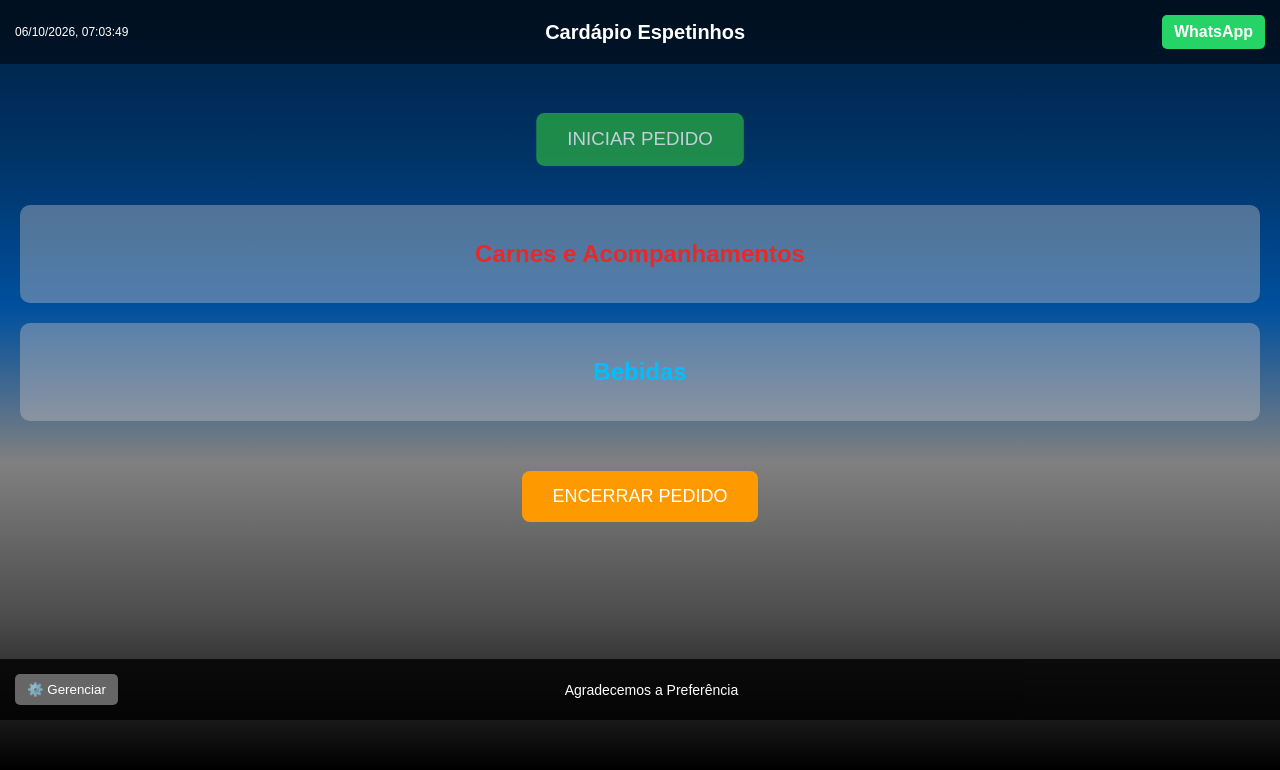
Repository: JeffRodFer/skewersOrder
Page: frontend/index.html
An editor plug-in stored every save of this project. The page is shown before and after the next save, followed by the edit.
The browser window is 1280 px wide. The pictures show the whole page.
The page's requests for data from a server got no answer.

Above is the page before, as saved 2026-10-18 08:35:50.

### frontend/index.html
<!DOCTYPE html>
<html lang="pt-BR">

<head>
  <meta charset="UTF-8">
  <meta name="viewport" content="width=device-width, initial-scale=1.0">
  <title>Cardápio de Espetinhos</title>
  <!-- Aqui conectamos o arquivo de estilos -->
  <link rel="stylesheet" href="style.css">
</head>

<body>

  <!-- Cabeçalho -->
  <header>
    <div class="relogio" id="relogio">
      00/00/0000 00:00:00
    </div>
    <div class="logo-titulo">Cardápio Espetinhos</div>
    <a href="https://wa.me/5581920036280" class="btn-whatsapp" target="_blank">WhatsApp</a>
  </header>

  <!-- Área de Iniciar Pedido -->
  <div class="area-iniciar">
    <button class="btn-iniciar" onclick="abrirModalCadastro()">
      INICIAR PEDIDO
    </button>
  </div>

  <!-- Lista de Comidas -->
  <div class="secao-produtos">
    <h2 class="titulo-carnes">Carnes e Acompanhamentos</h2>
    <div id="lista-carnes"></div> <!-- A MUDANÇA FOI FEITA AQUI -->
  </div>

  <!-- Lista de Bebidas -->
  <div class="secao-produtos">
    <h2 class="titulo-bebidas">Bebidas</h2>
    <div id="lista-bebidas"></div>
  </div>

  <!-- Área de Encerrar Pedido -->
  <div class="area-iniciar">
    <button class="btn-iniciar" style="animation: none; background: #ff9900;" onclick="abrirResumo()">
      ENCERRAR PEDIDO
    </button>
  </div>

  <!-- Rodapé -->
  <footer>
    <button class="btn-gerenciar" onclick="abrirModalAdmin()">
      ⚙️ Gerenciar
    </button>
    <div class="msg-agradecimento">Agradecemos a Preferência</div>
    <div style="width: 80px;"></div>
  </footer>

  <!-- MODAL 1: Cadastro do Cliente -->
  <div id="modalCadastro" class="modal">
    <div class="modal-conteudo">
      <h3>Identificação</h3>

      <div class="form-group">
        <label>Nome:</label>
        <input type="text" id="cli-nome" placeholder="Seu nome">
      </div>

      <div class="form-group">
        <label>Telefone:</label>
        <input type="tel" id="cli-telefone" placeholder="(81) 90000-0000">
      </div>

      <div class="form-group">
        <label>Retirada ou Entrega?</label>
        <select id="cli-tipo" onchange="verificarEntrega()">
          <option value="retirar">Vou retirar no local</option>
          <option value="entregar">Quero entrega (Terá taxa)</option>
        </select>
      </div>

      <div class="form-group" id="div-endereco" style="display:none;">
        <label>Endereço Completo:</label>
        <input type="text" id="cli-endereco" placeholder="Rua, Número, Bairro">
      </div>

      <!-- NOVA ÁREA DE BOTÕES -->
      <button type="button" class="btn-acao" onclick="fecharModalCadastro()"
        style="flex: 1; background-color: #666666;">
        Voltar
      </button>

      <button class="btn-acao" onclick="salvarCadastro()" style="flex: 2;">
        Confirmar
      </button>
    </div>

  </div> <!-- Fecha a modal-conteudo -->
  </div> <!-- Fecha a modalCadastro -->

  <!-- MODAL 2: Resumo do Pedido -->
  <div id="modalResumo" class="modal">
    <div class="modal-conteudo">
      <h3>Resumo do Pedido</h3>
      <div id="conteudo-resumo" style="font-size: 14px; margin-bottom: 20px;">
      </div>

      <!-- INÍCIO DAS NOVAS OPÇÕES DE FAROFA, VINAGRETE E OBS -->

      <!-- Opção de Farofa -->
      <div class="form-group">
        <label>Incluir Farofa?</label>
        <div style="display: flex; gap: 15px; margin-top: 5px;">
          <label><input type="radio" name="farofa" value="Sim" checked> Sim</label>
          <label><input type="radio" name="farofa" value="Não"> Não</label>
        </div>
      </div>

      <!-- Opção de Vinagrete -->
      <div class="form-group">
        <label>Incluir Vinagrete?</label>
        <div style="display: flex; gap: 15px; margin-top: 5px;">
          <label><input type="radio" name="vinagrete" value="Sim" checked> Sim</label>
          <label><input type="radio" name="vinagrete" value="Não"> Não</label>
        </div>
      </div>

      <!-- Campo de Observações -->
      <div class="form-group">
        <label>Observações do Pedido:</label>
        <textarea id="obs-pedido" rows="3" maxlength="120" placeholder="Ex: Bem passado, deixar na portaria..."
          style="width: 100%; border-radius: 5px; padding: 8px;"></textarea>
        <div id="contador-obs">0/120 caracteres</div>
      </div>

      <!-- FIM DAS NOVAS OPÇÕES -->

      <h3 id="valor-total">Total: R$ 0,00</h3>
      <button class="btn-acao btn-whatsapp" onclick="enviarPedidoWhatsApp()">
        Enviar Pedido (WhatsApp)
      </button>
      <button class="btn-acao btn-fechar" onclick="fecharModal('modalResumo')">
        Voltar e Escolher Mais
      </button>
    </div>
  </div>

  <!-- MODAL 3: Login Admin (Gerenciar) -->
  <div id="modalAdmin" class="modal">
    <div class="modal-conteudo">
      <h3>Área Restrita (Gerenciar)</h3>
      <div class="form-group">
        <label>Usuário:</label>
        <input type="text" id="admin-user">
      </div>
      <div class="form-group">
        <label>Senha:</label>
        <input type="password" id="admin-pass">
      </div>
      <button type="button" class="btn-acao" onclick="loginAdmin(event)">Entrar</button>
      <button type="button" class="btn-acao btn-fechar" onclick="fecharModal('modalAdmin')">
        Cancelar
      </button>
    </div>
  </div>


  <!-- ========================================== -->
  <!-- PAINEL DE ADMINISTRAÇÃO (Oculto por padrão)-->
  <!-- ========================================== -->
  <div id="painel-admin" style="display: none; padding: 20px; min-height: 100vh;">
    <div
      style="display: flex; justify-content: space-between; align-items: center; border-bottom: 2px solid white; padding-bottom: 10px; margin-bottom: 20px;">
      <h2 style="color: white; margin: 0;">⚙️ Gestão do Cardápio</h2>
      <button class="btn-acao btn-fechar" onclick="fecharPainelAdmin()" style="width: auto; padding: 10px 20px;">
        Sair
      </button>
    </div>

    <p style="color: #ccc;">Clique no botão para Ativar ou Desativar os produtos na loja.</p>

    <!-- Aqui o JavaScript vai injetar a lista completa de produtos -->
    <div id="lista-admin"></div>
  </div>

  <!-- Aqui conectamos o arquivo de lógica e ações -->
  <script src="script.js"></script>
</body>

</html>

### frontend/style.css
/* Gradiente de fundo geral */
body {
    background: linear-gradient(180deg,
            #001f3f 0%, #003366 20%, #00509e 40%,
            #808080 60%, #4d4d4d 80%, #000000 100%);
    margin: 0;
    font-family: Arial, sans-serif;
    color: #ffffff;
    min-height: 100vh;
    padding-bottom: 50px;
}

/* Cabeçalho */
header {
    display: flex;
    justify-content: space-between;
    align-items: center;
    padding: 15px;
    background-color: rgba(0, 0, 0, 0.5);
    position: sticky;
    top: 0;
    z-index: 100;

    /* ADICIONA ESTAS DUAS LINHAS: */
    flex-wrap: wrap;
    /* Permite que os elementos desçam de linha se faltar espaço */
    gap: 15px;
    /* Garante um espaço de 15px entre elementos, mesmo que desçam de linha */
}

/* ========================================== */
/* Ajuste Fino para Telemóveis (Opcional mas recomendado) */
/* ========================================== */
@media (max-width: 600px) {
    header {
        /* Num ecrã pequeno, força tudo a ficar no centro, um debaixo do outro */
        flex-direction: column;
        justify-content: center;
        text-align: center;
    }
}

.relogio {
    font-size: 12px;
}

.logo-titulo {
    font-size: 20px;
    font-weight: bold;
    text-align: center;
}

.btn-whatsapp {
    background-color: #25D366;
    color: white;
    padding: 8px 12px;
    text-decoration: none;
    border-radius: 5px;
    font-weight: bold;
}

/* Botão Iniciar Pedido Piscante */
.area-iniciar {
    text-align: center;
    margin: 20px 0;
}

.btn-iniciar {
    background-color: #28a745;
    color: white;
    padding: 15px 30px;
    font-size: 18px;
    border: none;
    border-radius: 8px;
    cursor: pointer;
    animation: piscar 1.5s infinite ease-in-out;
    margin-top: 30px;
    margin-bottom: 20px;
}

@keyframes piscar {
    0% {
        opacity: 1;
        transform: scale(1);
    }

    50% {
        opacity: 0.7;
        transform: scale(1.05);
    }

    100% {
        opacity: 1;
        transform: scale(1);
    }
}

/* 2. Coloca texto de um lado e botões do outro */
.item-lista {
    display: flex;
    justify-content: space-between;
    align-items: center;
    padding: 12px 0;
    border-bottom: 1px solid rgba(255, 255, 255, 0.1);
}

/* Listas de Produtos */
.secao-produtos {
    margin: 20px;
    padding: 15px;
    background: rgba(203, 196, 196, 0.4);
    border-radius: 10px;
}

.titulo-carnes {
    color: #e62a2a;
    text-align: center;
}

.item-carne {
    color: #faf9f8;
}

.titulo-bebidas {
    color: #00bfff;
    text-align: center;
}

.item-bebida {
    color: #ffffff;
}

.produto {
    display: flex;
    justify-content: space-between;
    align-items: center;
    margin-bottom: 10px;
    border-bottom: 1px solid rgba(255, 255, 255, 0.4);
    padding-bottom: 10px;
}

.controles {
    display: flex;
    align-items: center;
    gap: 15px;
}

/* 4. Estilo dos botõezinhos (caso não tenha) */
.controles button {
    width: 35px;
    height: 35px;
    background-color: rgba(255, 255, 255, 0.4);
    color: white;
    border: none;
    border-radius: 5px;
    font-size: 1.2em;
    cursor: pointer;
}

.btn-qtd {
    background: #333;
    color: white;
    border: none;
    padding: 5px 10px;
    border-radius: 5px;
    cursor: pointer;
}

/* Rodapé */
footer {
    display: flex;
    justify-content: space-between;
    align-items: center;
    padding: 15px;
    background-color: rgba(0, 0, 0, 0.8);
    position: fixed;
    bottom: 0;
    width: 100%;
    box-sizing: border-box;
}

.msg-agradecimento {
    flex-grow: 1;
    text-align: center;
    font-size: 14px;
}

.btn-gerenciar {
    background-color: #666666;
    color: white;
    border: none;
    padding: 8px 12px;
    border-radius: 5px;
    cursor: pointer;
    display: flex;
    align-items: center;
    gap: 5px;
}

/* Modais (Janelas Ocultas) */
.modal {
    display: none;
    position: fixed;
    top: 0;
    left: 0;
    width: 100%;
    height: 100%;
    background: rgba(0, 0, 0, 0.9);
    z-index: 200;
    overflow-y: auto;
}

.modal-conteudo {
    background: #222;
    margin: 20px auto;
    padding: 20px;
    width: 90%;
    max-width: 400px;
    border-radius: 10px;
    color: white;
}

.form-group {
    margin-bottom: 15px;
}

.form-group label {
    display: block;
    margin-bottom: 5px;
}

.form-group input,
.form-group select {
    width: 100%;
    padding: 8px;
    box-sizing: border-box;
    border-radius: 5px;
    border: none;
}

.btn-acao {
    background: #007bff;
    color: white;
    border: none;
    padding: 10px;
    width: 100%;
    border-radius: 5px;
    cursor: pointer;
    margin-top: 10px;
}

.btn-fechar {
    background: #dc3545;
    margin-top: 10px;
}

#obs-pedido {
    text-align: left;
    font-family: inherit;
    padding: 10px;
    resize: vertical;
}

#contador-obs {
  font-size: 0.8em;
  color: #666;
  text-align: right;
  margin-top: 5px;
}

Loaded but not shown: frontend/script.js (483 lines, source omitted)

After the next save:
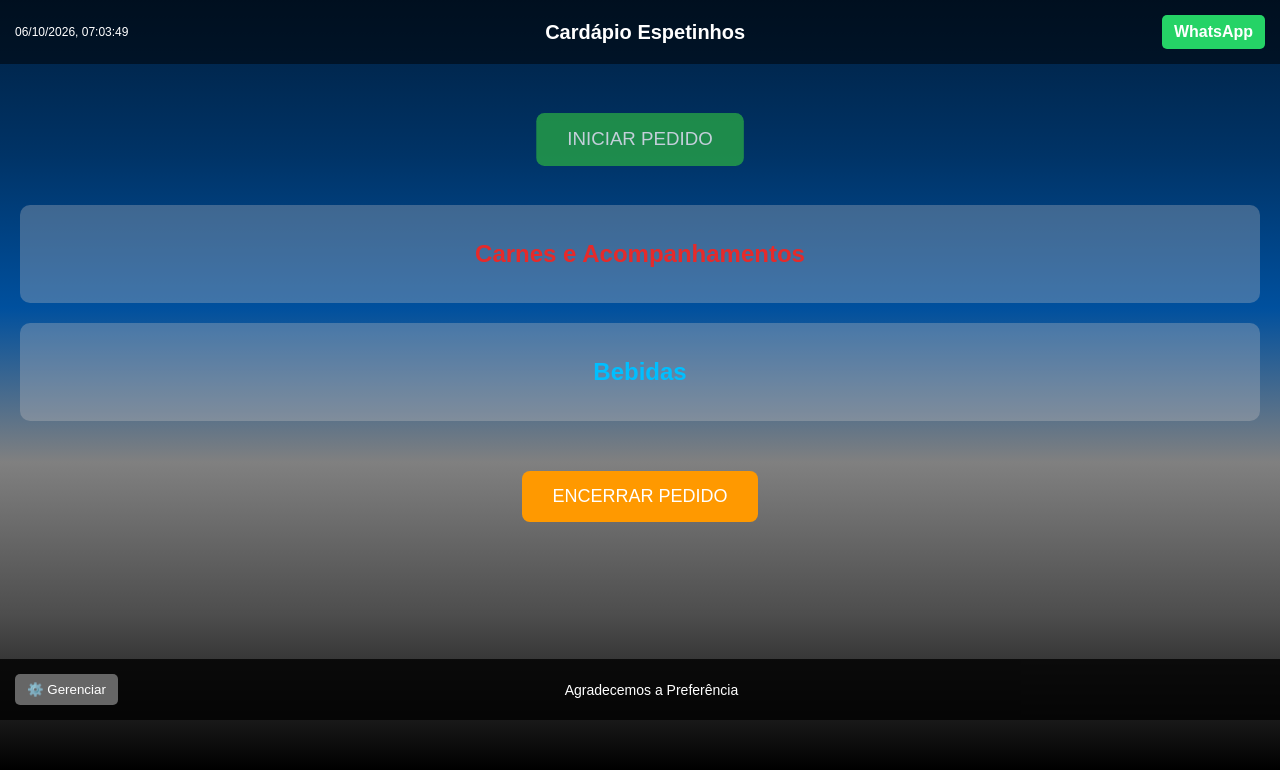
Saved 8 min 11 s later.
--- a/frontend/style.css
+++ b/frontend/style.css
@@ -108,7 +108,7 @@ header {
 .secao-produtos {
     margin: 20px;
     padding: 15px;
-    background: rgba(203, 196, 196, 0.4);
+    background: rgba(203, 196, 196, 0.308);
     border-radius: 10px;
 }
 
